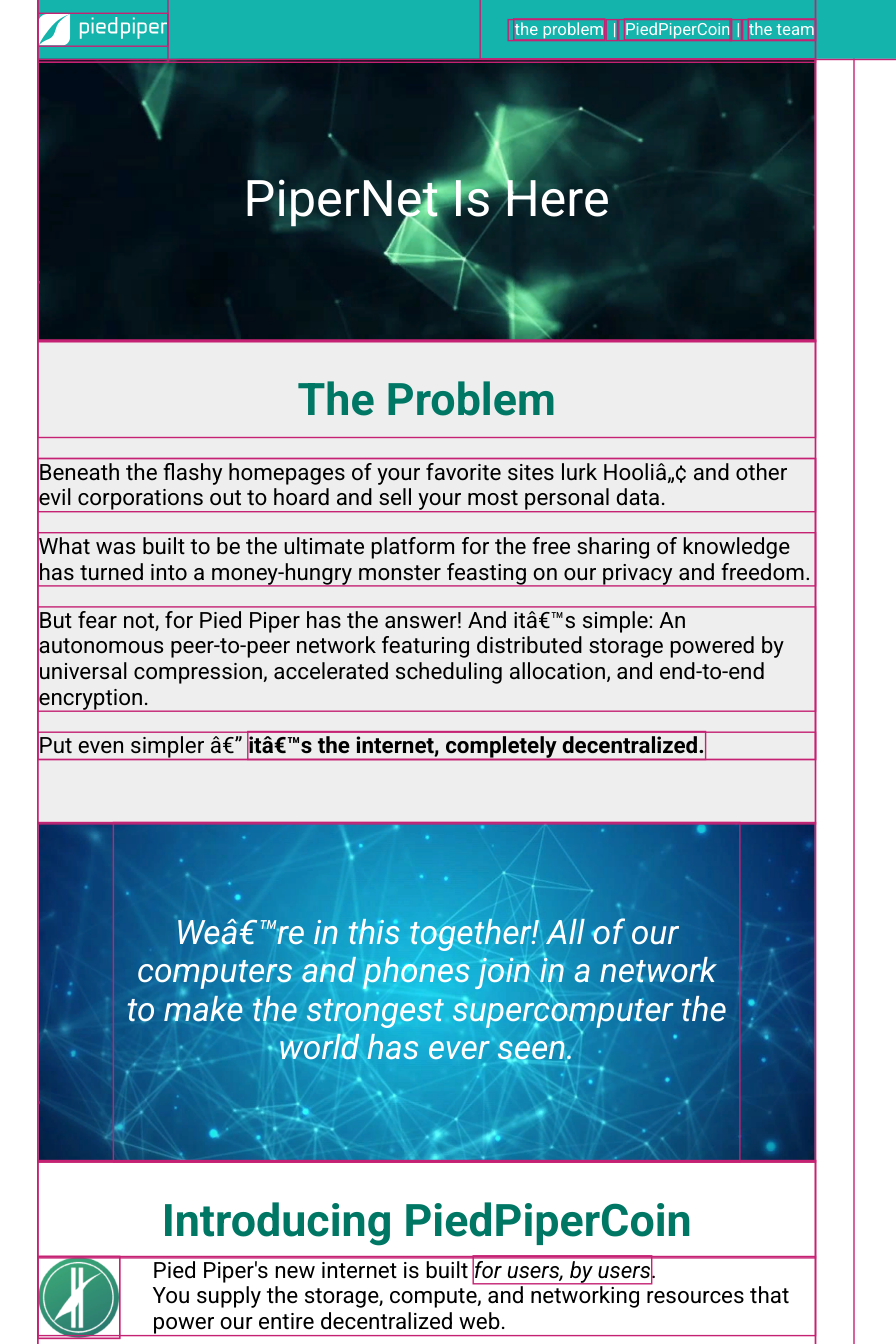
Repository: armus503/Pip_Piper
Page: Pip_Piper.html
These files come from the project's save history. The page is drawn as it stood at one moment and after the next save; the edit follows.
The browser window is 1280 px wide. The pictures show the part of the page from y = 0 to 1920 px (the page is 3271 px tall), at 70% of full size.

Above is the page before, as saved 2021-07-21 00:39:57.

After the next save:
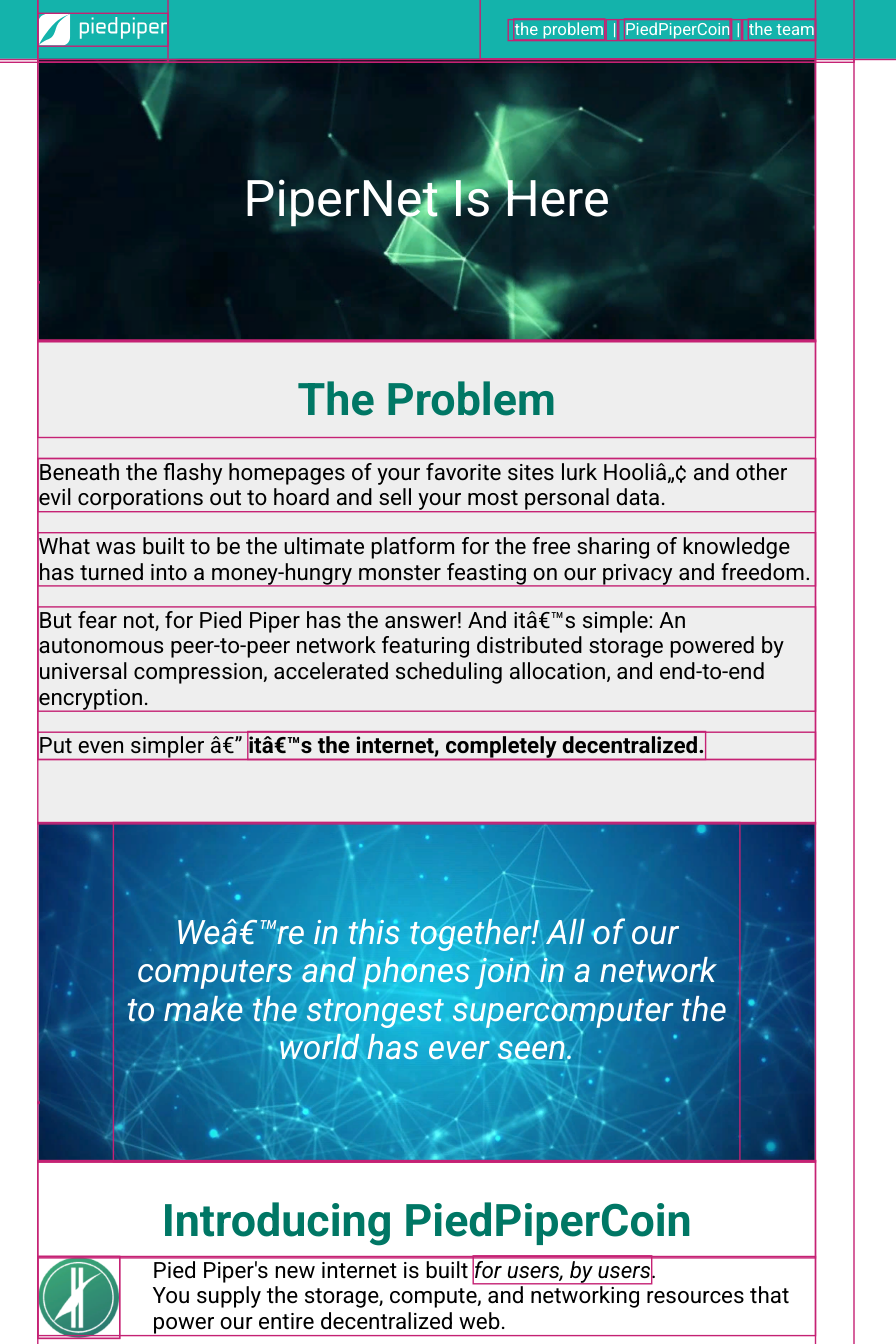
Saved 2 min 40 s later.
--- a/Pip_Piper.html
+++ b/Pip_Piper.html
@@ -10,9 +10,8 @@
 </head>
 
 <body>
-    <div class="main-content">
-        <header class="header">
-
+    <header class="header">
+        <div class="main-content">
             <nav class="header-nav">
                 <a class="header__logo" href=""><img src="logo.svg" alt="PiperNet Is Here"></a>
                 <ul class="header__list">
@@ -29,9 +28,10 @@
                     </li>
                 </ul>
             </nav>
-
-        </header>
-        <main class="main">
+        </div>
+    </header>
+    <main class="main">
+        <div class="main-content">
             <section id="anchor-logo" class="jumbotron">
 
                 <div class="text-jumbotron">PiperNet Is Here</div>
@@ -125,13 +125,13 @@
                     </div>
                 </div>
             </section>
-
-        </main>
-        <footer class="footer">
-
+        </div>
+    </main>
+    <footer class="footer">
+        <div class="main-content">
             <div class="text-footer">All other trademarks and copyrights are the property of their respective owners. Use of these names, trademarks and brands does not imply endorsement.</div>
-
-        </footer>
+        </div>
+    </footer>
     </div>
 
 </body>
